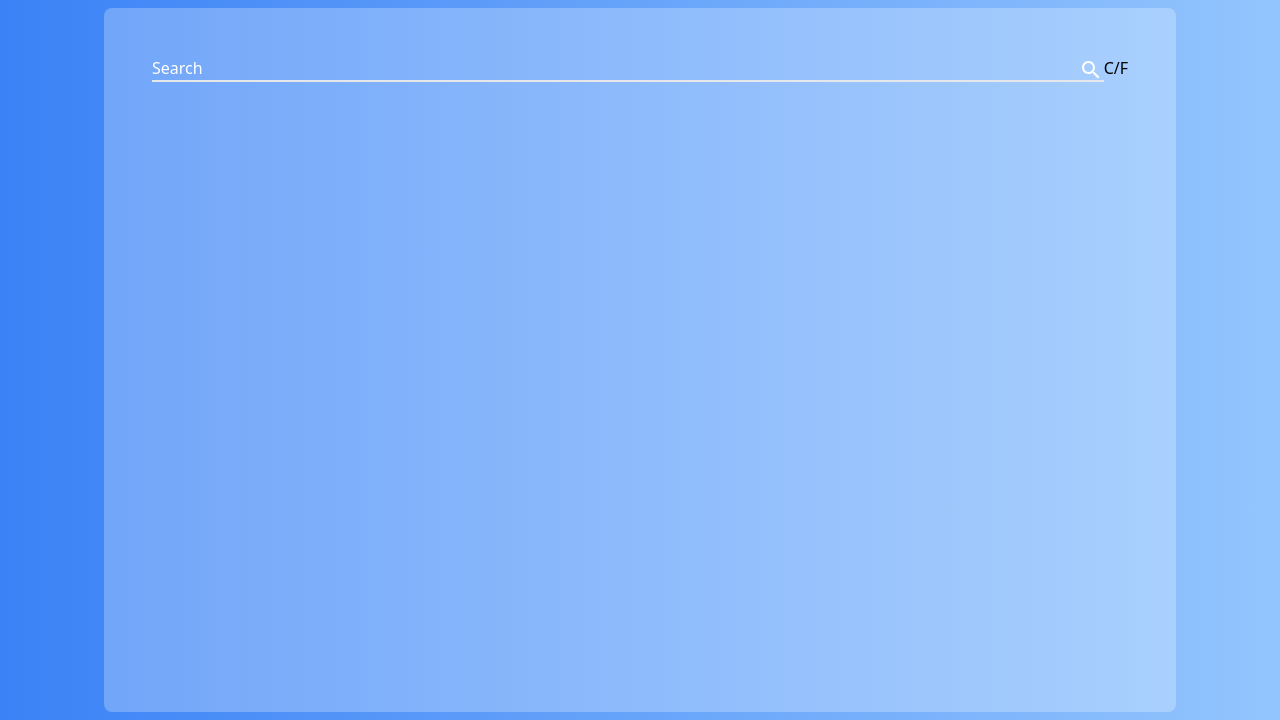
Repository: DevAntonioRogers/react-weatherapp-v2
Page: /
An editor plug-in stored every save of this project. The page is shown before and after the next save, followed by the edit.
The browser window is 1280 px wide. The pictures show the whole page.
The project was rebuilt for these pictures with package versions that can differ from the ones it lists, and the page was loaded fresh each time. The framework's server and built-in components were replaced by stand-ins that run in the browser. Also part of the build but not shown: next.config.js.

Above is the page before, as saved 2023-05-18 23:15:42.

### app/layout.tsx
import "./globals.css";
import { Inter } from "next/font/google";

export const metadata = {
  title: "Create Next App",
  description: "Generated by create next app",
};

export default function RootLayout({ children }: { children: React.ReactNode }) {
  return (
    <html lang="en">
      <body>{children}</body>
    </html>
  );
}

### app/page.tsx
import Conversion from "./components/Conversion";
import Input from "./components/Input";

export default function Home() {
  return (
    <div className="flex justify-center p-2 bg-cover h-screen bg-gradient-to-r from-blue-500 to-blue-300">
      <div className="bg-white/25 mx-24 w-full rounded-lg p-12">
        <div className="flex justify-between">
          <Input />
          <Conversion />
        </div>
      </div>
    </div>
  );
}

### app/components/Conversion.tsx
import React from "react";

const Conversion = () => {
  return (
    <div>
      <button>C/F</button>
    </div>
  );
};

export default Conversion;

### app/components/Input.tsx
"use client";

import SearchIcon from "@mui/icons-material/Search";

const Input = () => {
  return (
    <form className="flex items-center w-full">
      <input
        type="text"
        className="w-full bg-transparent border-b-2 placeholder-white outline-none text-white"
        placeholder="Search"
      />
      <div className="ml-[-25px] text-white cursor-pointer">
        <SearchIcon />
      </div>
    </form>
  );
};

export default Input;

Loaded but not shown: app/globals.css (common file); tailwind.config.js (common file)

After the next save:
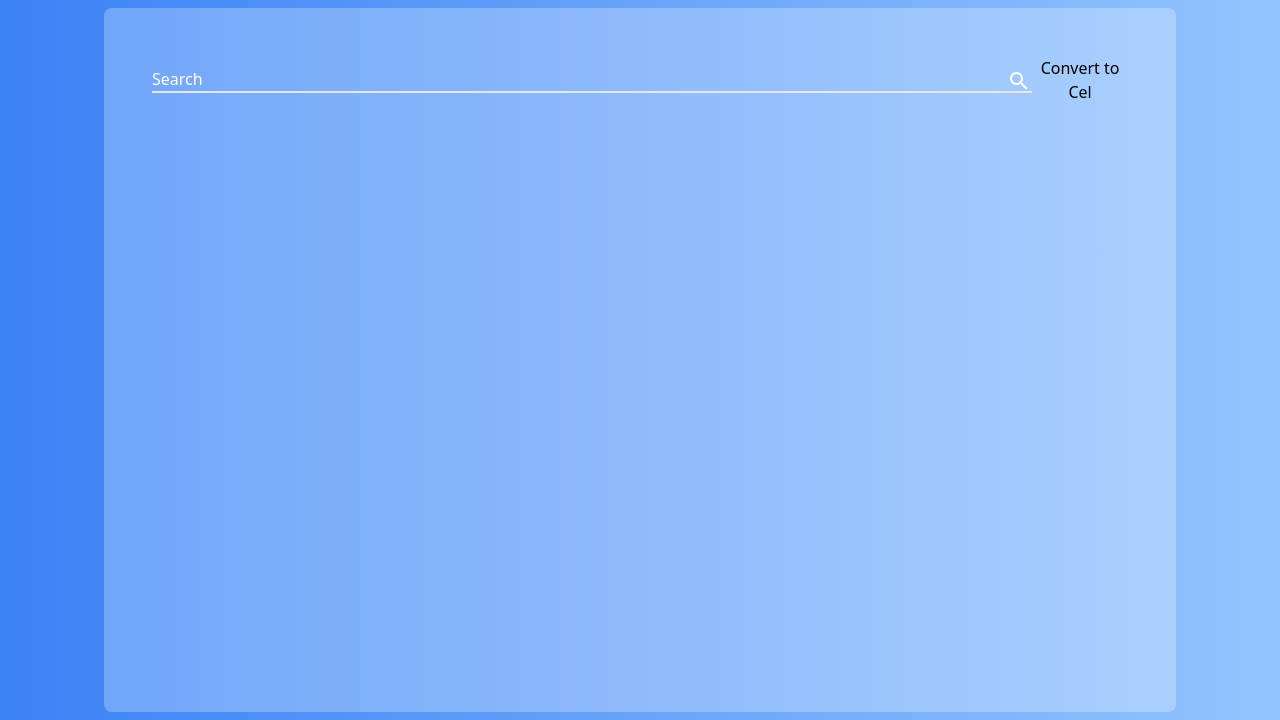
Saved 23 s later.
--- a/app/components/Conversion.tsx
+++ b/app/components/Conversion.tsx
@@ -3,7 +3,7 @@ import React from "react";
 const Conversion = () => {
   return (
     <div>
-      <button>C/F</button>
+      <button>Convert to Cel</button>
     </div>
   );
 };
